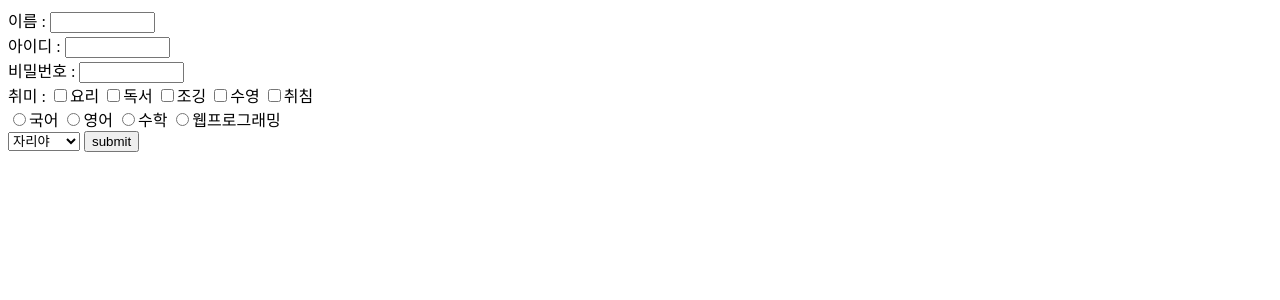
Repository: yoojinhee/JSP_study
Page: http://localhost/Test_JSP/form.jsp
The author's editor kept a copy of each file at every save. The page is drawn from the files as they stood at one save, then again after the next save.
The browser window is 1280 px wide. The pictures show the whole page.
The page is served by Tomcat 9.

Above is the page before, as saved 2020-05-12 06:38:58.

After the next save:
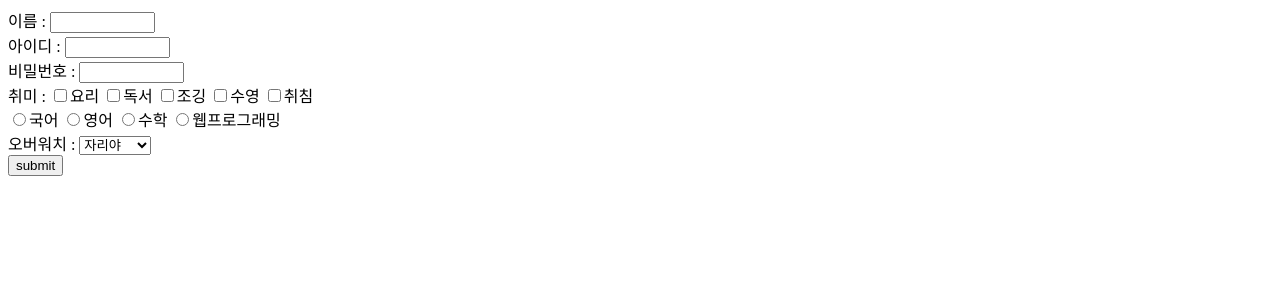
Saved 22 s later.
--- a/Project/Test_JSP/WebContent/form.jsp
+++ b/Project/Test_JSP/WebContent/form.jsp
@@ -24,12 +24,13 @@
 <input type="radio" name="major" value="mat">수학
 <input type="radio" name="major" value="jsp">웹프로그래밍
 <br>
-<select name="overwatch">
+오버워치 : <select name="overwatch">
 <option value="za">자리야</option>
 <option value="dum">둠피스트</option>
 <option value="gen">겐지</option>
 <option value="diva">디바</option>
 </select>
+<br>
 <input type="submit" value="submit">
 </form>
 
